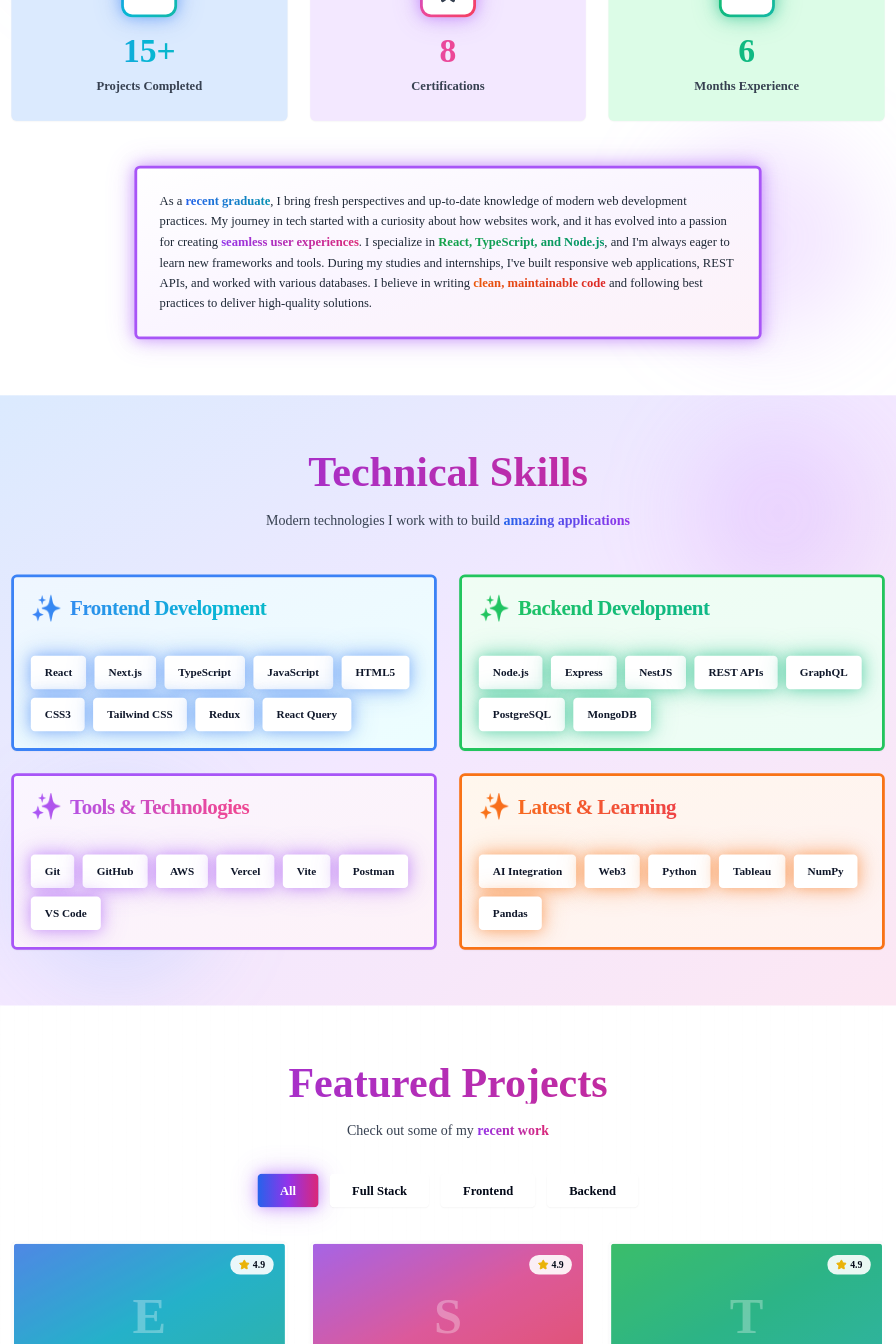
Repository: sm6746/PORTFOLIO
Page: /
An editor plug-in stored every save of this project. The page is shown before and after the next save, followed by the edit.
The browser window is 1280 px wide. The pictures show the part of the page from y = 1104 to 3024 px (the page is 8297 px tall), at 70% of full size.
Pictures or frames that could not be fetched are drawn as grey boxes. The project was rebuilt for these pictures with package versions that can differ from the ones it lists, and the page was loaded fresh each time. Also part of the build but not shown: vite.config.ts.

Above is the page before, as saved 2025-11-06 21:17:18.

### index.html
<!DOCTYPE html>
<html lang="en">
  <head>
    <meta charset="UTF-8" />
    <link rel="icon" type="image/svg+xml" href="/favicon.svg" />
    <meta name="viewport" content="width=device-width, initial-scale=1.0" />
    <title>Portfolio</title>
  </head>
  <body>
    <div id="root"></div>
    <script type="module" src="/app/main.tsx"></script>
  </body>
</html>

### app/main.tsx
import React from 'react'
import ReactDOM from 'react-dom/client'
import App from './app'
import './globals.css'

ReactDOM.createRoot(document.getElementById('root')!).render(
  <React.StrictMode>
    <App />
  </React.StrictMode>,
)

### app/app.tsx
import { ThemeProvider } from '@/lib/theme-context';
import { Header } from '@/components/header';
import { HeroSection } from '@/components/hero-section';
import { AboutSection } from '@/components/about-section';
import { SkillsSection } from '@/components/skills-section';
import { ProjectsSection } from '@/components/projects-section';
import { ExperienceSection } from '@/components/experience-section';
import { CertificationsSection } from '@/components/certifications-section';
import { ContactSection } from '@/components/contact-section';
import { Footer } from '@/components/footer';
import { ScrollToTop } from '@/components/scroll-to-top';

function App() {
  return (
    <ThemeProvider>
      <div className="min-h-screen bg-white dark:bg-gray-900 transition-colors duration-300">
        <Header />
        <main>
          <HeroSection />
          <AboutSection />
          <SkillsSection />
          <ProjectsSection />
          <ExperienceSection />
          <CertificationsSection />
          <ContactSection />
        </main>
        <Footer />
        <ScrollToTop />
      </div>
    </ThemeProvider>
  );
}

export default App;

### app/globals.css
@tailwind base;
@tailwind components;
@tailwind utilities;

@layer base {
  :root {
    --background: 0 0% 100%;
    --foreground: 222.2 84% 4.9%;
    --card: 0 0% 100%;
    --card-foreground: 222.2 84% 4.9%;
    --popover: 0 0% 100%;
    --popover-foreground: 222.2 84% 4.9%;
    --primary: 221.2 83.2% 53.3%;
    --primary-foreground: 210 40% 98%;
    --secondary: 210 40% 96.1%;
    --secondary-foreground: 222.2 47.4% 11.2%;
    --muted: 210 40% 96.1%;
    --muted-foreground: 215.4 16.3% 46.9%;
    --accent: 210 40% 96.1%;
    --accent-foreground: 222.2 47.4% 11.2%;
    --destructive: 0 84.2% 60.2%;
    --destructive-foreground: 210 40% 98%;
    --border: 214.3 31.8% 91.4%;
    --input: 214.3 31.8% 91.4%;
    --ring: 221.2 83.2% 53.3%;
    --radius: 0.5rem;
  }

  .dark {
    --background: 222.2 84% 4.9%;
    --foreground: 210 40% 98%;
    --card: 222.2 84% 4.9%;
    --card-foreground: 210 40% 98%;
    --popover: 222.2 84% 4.9%;
    --popover-foreground: 210 40% 98%;
    --primary: 217.2 91.2% 59.8%;
    --primary-foreground: 222.2 47.4% 11.2%;
    --secondary: 217.2 32.6% 17.5%;
    --secondary-foreground: 210 40% 98%;
    --muted: 217.2 32.6% 17.5%;
    --muted-foreground: 215 20.2% 65.1%;
    --accent: 217.2 32.6% 17.5%;
    --accent-foreground: 210 40% 98%;
    --destructive: 0 62.8% 30.6%;
    --destructive-foreground: 210 40% 98%;
    --border: 217.2 32.6% 17.5%;
    --input: 217.2 32.6% 17.5%;
    --ring: 224.3 76.3% 48%;
  }
}

@layer base {
  * {
    @apply border-border;
  }
  body {
    @apply bg-background text-foreground;
  }
}

@layer utilities {
  .bg-grid-pattern {
    background-image: linear-gradient(to right, rgba(0, 0, 0, 0.1) 1px, transparent 1px),
      linear-gradient(to bottom, rgba(0, 0, 0, 0.1) 1px, transparent 1px);
    background-size: 20px 20px;
  }

  .glow-blue {
    box-shadow: 0 0 20px rgba(59, 130, 246, 0.5), 0 0 40px rgba(59, 130, 246, 0.3);
  }

  .glow-purple {
    box-shadow: 0 0 20px rgba(168, 85, 247, 0.5), 0 0 40px rgba(168, 85, 247, 0.3);
  }

  .glow-pink {
    box-shadow: 0 0 20px rgba(236, 72, 153, 0.5), 0 0 40px rgba(236, 72, 153, 0.3);
  }

  .glow-green {
    box-shadow: 0 0 20px rgba(16, 185, 129, 0.5), 0 0 40px rgba(16, 185, 129, 0.3);
  }

  .glow-orange {
    box-shadow: 0 0 20px rgba(249, 115, 22, 0.5), 0 0 40px rgba(249, 115, 22, 0.3);
  }

  @keyframes float {
    0%, 100% { transform: translateY(0px); }
    50% { transform: translateY(-20px); }
  }

  .animate-float {
    animation: float 3s ease-in-out infinite;
  }

  @keyframes gradient-shift {
    0%, 100% { background-position: 0% 50%; }
    50% { background-position: 100% 50%; }
  }

  .animate-gradient {
    background-size: 200% 200%;
    animation: gradient-shift 3s ease infinite;
  }

  @keyframes pulse-glow {
    0%, 100% { box-shadow: 0 0 20px rgba(59, 130, 246, 0.4), 0 0 40px rgba(168, 85, 247, 0.2); }
    50% { box-shadow: 0 0 30px rgba(59, 130, 246, 0.6), 0 0 60px rgba(168, 85, 247, 0.4); }
  }

  .animate-pulse-glow {
    animation: pulse-glow 2s ease-in-out infinite;
  }
}

### lib/theme-context.tsx
import React, { createContext, useContext, useEffect, useState } from 'react';

type Theme = 'light' | 'dark';

type ThemeContextType = {
  theme: Theme;
  toggleTheme: () => void;
};

const ThemeContext = createContext<ThemeContextType | undefined>(undefined);

export function ThemeProvider({ children }: { children: React.ReactNode }) {
  const [theme, setTheme] = useState<Theme>(() => {
    const stored = localStorage.getItem('portfolio-theme');
    return (stored as Theme) || 'light';
  });

  useEffect(() => {
    localStorage.setItem('portfolio-theme', theme);
    document.documentElement.classList.toggle('dark', theme === 'dark');
  }, [theme]);

  const toggleTheme = () => {
    setTheme(prev => (prev === 'light' ? 'dark' : 'light'));
  };

  return (
    <ThemeContext.Provider value={{ theme, toggleTheme }}>
      {children}
    </ThemeContext.Provider>
  );
}

export function useTheme() {
  const context = useContext(ThemeContext);
  if (!context) {
    throw new Error('useTheme must be used within ThemeProvider');
  }
  return context;
}

### components/skills-section.tsx
import { Badge } from '@/components/ui/badge';
import { Card, CardContent, CardHeader, CardTitle } from '@/components/ui/card';
import { useScrollAnimation } from '@/hooks/use-scroll-animation';

export function SkillsSection() {
  const { ref, isVisible } = useScrollAnimation();

  const skillCategories = [
    {
      title: 'Frontend Development',
      color: 'from-blue-500 via-cyan-500 to-teal-500',
      bgColor: 'bg-gradient-to-br from-blue-50 to-cyan-50 dark:from-blue-950/50 dark:to-cyan-950/50',
      borderColor: 'border-blue-500',
      glowClass: 'glow-blue',
      skills: [
        'React', 'Next.js', 'TypeScript', 'JavaScript', 'HTML5', 'CSS3',
        'Tailwind CSS', 'Redux', 'React Query'
      ],
    },
    {
      title: 'Backend Development',
      color: 'from-green-500 via-emerald-500 to-teal-500',
      bgColor: 'bg-gradient-to-br from-green-50 to-emerald-50 dark:from-green-950/50 dark:to-emerald-950/50',
      borderColor: 'border-green-500',
      glowClass: 'glow-green',
      skills: [
        'Node.js', 'Express', 'NestJS', 'REST APIs', 'GraphQL',
        'PostgreSQL', 'MongoDB'
      ],
    },
    {
      title: 'Tools & Technologies',
      color: 'from-purple-500 via-pink-500 to-rose-500',
      bgColor: 'bg-gradient-to-br from-purple-50 to-pink-50 dark:from-purple-950/50 dark:to-pink-950/50',
      borderColor: 'border-purple-500',
      glowClass: 'glow-purple',
      skills: [
        'Git', 'GitHub', 'AWS', 'Vercel',
         'Vite', 'Postman', 'VS Code'
      ],
    },
    {
      title: 'Latest & Learning',
      color: 'from-orange-500 via-red-500 to-pink-500',
      bgColor: 'bg-gradient-to-br from-orange-50 to-red-50 dark:from-orange-950/50 dark:to-red-950/50',
      borderColor: 'border-orange-500',
      glowClass: 'glow-orange',
      skills: [
        'AI Integration', 'Web3','Python', 'Tableau', 'NumPy', 'Pandas'
      ],
    },
  ];

  return (
    <section
      id="skills"
      ref={ref as React.RefObject<HTMLElement>}
      className="py-20 bg-gradient-to-br from-blue-100 via-purple-100 to-pink-100 dark:from-gray-800 dark:via-purple-900/10 dark:to-blue-900/10 relative overflow-hidden"
    >
      <div className="absolute top-10 right-10 w-64 h-64 bg-purple-400/20 rounded-full blur-3xl"></div>
      <div className="absolute bottom-10 left-10 w-64 h-64 bg-blue-400/20 rounded-full blur-3xl"></div>

      <div className="container mx-auto px-4 relative z-10">
        <div
          className={`transition-all duration-1000 ${
            isVisible ? 'opacity-100 translate-y-0' : 'opacity-0 translate-y-10'
          }`}
        >
          <h2 className="text-5xl md:text-6xl font-extrabold text-center mb-6 bg-gradient-to-r from-blue-600 via-purple-600 to-pink-600 dark:from-blue-400 dark:via-purple-400 dark:to-pink-400 bg-clip-text text-transparent animate-gradient">
            Technical Skills
          </h2>
          <p className="text-center text-gray-700 dark:text-gray-300 mb-16 text-xl font-medium">
            Modern technologies I work with to build <span className="text-transparent bg-clip-text bg-gradient-to-r from-blue-600 to-purple-600 font-bold">amazing applications</span>
          </p>

          <div className="grid md:grid-cols-2 gap-8">
            {skillCategories.map((category, index) => (
              <Card
                key={index}
                className={`group hover:shadow-2xl transition-all duration-500 transform hover:-translate-y-3 hover:scale-105 border-4 ${category.borderColor} ${category.bgColor} overflow-hidden ${
                  isVisible ? 'opacity-100 translate-y-0' : 'opacity-0 translate-y-10'
                }`}
                style={{ transitionDelay: `${index * 150}ms` }}
              >
                <div className={`absolute inset-0 bg-gradient-to-br ${category.color} opacity-0 group-hover:opacity-10 transition-opacity duration-500`}></div>
                <CardHeader className="relative">
                  <CardTitle className={`text-3xl font-bold bg-gradient-to-r ${category.color} bg-clip-text text-transparent flex items-center gap-3`}>
                    <span className="text-4xl">✨</span>
                    {category.title}
                  </CardTitle>
                </CardHeader>
                <CardContent className="p-6 relative">
                  <div className="flex flex-wrap gap-3">
                    {category.skills.map((skill, skillIndex) => (
                      <Badge
                        key={skillIndex}
                        variant="secondary"
                        className={`px-5 py-3 text-base font-bold hover:scale-125 transition-all duration-300 cursor-pointer bg-white dark:bg-gray-800 hover:shadow-2xl border-3 hover:border-current transform hover:-rotate-3 ${category.glowClass}`}
                      >
                        {skill}
                      </Badge>
                    ))}
                  </div>
                </CardContent>
              </Card>
            ))}
          </div>
        </div>
      </div>
    </section>
  );
}

### components/footer.tsx
import { Github, Linkedin, Mail, Twitter } from 'lucide-react';
import { Button } from '@/components/ui/button';

export function Footer() {
  return (
    <footer className="py-12 bg-gray-900 text-white">
      <div className="container mx-auto px-4">
        <div className="flex flex-col items-center gap-6">
          <div className="text-3xl font-bold bg-gradient-to-r from-blue-400 to-purple-400 bg-clip-text text-transparent">
            SHIVANI MEHRA
          </div>
          <p className="text-gray-400 text-center max-w-md">
            Building the future, one line of code at a time. Let's create something amazing together.
          </p>
          <div className="flex gap-4">
            <Button
              variant="ghost"
              size="icon"
              className="rounded-full hover:bg-blue-600/20 text-gray-300 hover:text-white transition-all"
            >
              <Github className="h-5 w-5" />
            </Button>
            <Button
              variant="ghost"
              size="icon"
              className="rounded-full hover:bg-blue-600/20 text-gray-300 hover:text-white transition-all"
            >
              <Linkedin className="h-5 w-5" />
            </Button>
            <Button
              variant="ghost"
              size="icon"
              className="rounded-full hover:bg-blue-600/20 text-gray-300 hover:text-white transition-all"
            >
              <Twitter className="h-5 w-5" />
            </Button>
            <Button
              variant="ghost"
              size="icon"
              className="rounded-full hover:bg-blue-600/20 text-gray-300 hover:text-white transition-all"
            >
              <Mail className="h-5 w-5" />
            </Button>
          </div>
          <div className="border-t border-gray-800 pt-6 w-full text-center">
            <p className="text-gray-500 text-sm">

            </p>
          </div>
        </div>
      </div>
    </footer>
  );
}

### components/scroll-to-top.tsx
import { Button } from '@/components/ui/button';
import { ArrowUp } from 'lucide-react';
import { useEffect, useState } from 'react';

export function ScrollToTop() {
  const [isVisible, setIsVisible] = useState(false);

  useEffect(() => {
    const toggleVisibility = () => {
      setIsVisible(window.scrollY > 500);
    };

    window.addEventListener('scroll', toggleVisibility);
    return () => window.removeEventListener('scroll', toggleVisibility);
  }, []);

  const scrollToTop = () => {
    window.scrollTo({ top: 0, behavior: 'smooth' });
  };

  if (!isVisible) return null;

  return (
    <Button
      onClick={scrollToTop}
      size="icon"
      className="fixed bottom-8 right-8 z-50 rounded-full shadow-lg bg-gradient-to-r from-blue-600 to-purple-600 hover:from-blue-700 hover:to-purple-700 animate-bounce"
    >
      <ArrowUp className="h-5 w-5" />
    </Button>
  );
}

### components/ui/button.tsx
import * as React from "react"
import { Slot } from "@radix-ui/react-slot"
import { cva, type VariantProps } from "class-variance-authority"

import { cn } from "@/lib/utlis"

const buttonVariants = cva(
  "inline-flex items-center justify-center gap-2 whitespace-nowrap rounded-md text-sm font-medium transition-colors focus-visible:outline-none focus-visible:ring-1 focus-visible:ring-ring disabled:pointer-events-none disabled:opacity-50 [&_svg]:pointer-events-none [&_svg]:size-4 [&_svg]:shrink-0",
  {
    variants: {
      variant: {
        default:
          "bg-primary text-primary-foreground shadow hover:bg-primary/90",
        destructive:
          "bg-destructive text-destructive-foreground shadow-sm hover:bg-destructive/90",
        outline:
          "border border-input bg-background shadow-sm hover:bg-accent hover:text-accent-foreground",
        secondary:
          "bg-secondary text-secondary-foreground shadow-sm hover:bg-secondary/80",
        ghost: "hover:bg-accent hover:text-accent-foreground",
        link: "text-primary underline-offset-4 hover:underline",
      },
      size: {
        default: "h-9 px-4 py-2",
        sm: "h-8 rounded-md px-3 text-xs",
        lg: "h-10 rounded-md px-8",
        icon: "h-9 w-9",
      },
    },
    defaultVariants: {
      variant: "default",
      size: "default",
    },
  }
)

export interface ButtonProps
  extends React.ButtonHTMLAttributes<HTMLButtonElement>,
    VariantProps<typeof buttonVariants> {
  asChild?: boolean
}

const Button = React.forwardRef<HTMLButtonElement, ButtonProps>(
  ({ className, variant, size, asChild = false, ...props }, ref) => {
    const Comp = asChild ? Slot : "button"
    return (
      <Comp
        className={cn(buttonVariants({ variant, size, className }))}
        ref={ref}
        {...props}
      />
    )
  }
)
Button.displayName = "Button"

export { Button, buttonVariants }

### hooks/use-scroll-animation.ts
import { useEffect, useRef, useState } from 'react';

export function useScrollAnimation() {
  const ref = useRef<HTMLElement>(null);
  const [isVisible, setIsVisible] = useState(false);

  useEffect(() => {
    const observer = new IntersectionObserver(
      ([entry]) => {
        if (entry.isIntersecting) {
          setIsVisible(true);
        }
      },
      { threshold: 0.1 }
    );

    if (ref.current) {
      observer.observe(ref.current);
    }

    return () => {
      if (ref.current) {
        observer.unobserve(ref.current);
      }
    };
  }, []);

  return { ref, isVisible };
}

### components/ui/card.tsx
import * as React from "react"

import { cn } from "@/lib/utlis"

const Card = React.forwardRef<
  HTMLDivElement,
  React.HTMLAttributes<HTMLDivElement>
>(({ className, ...props }, ref) => (
  <div
    ref={ref}
    className={cn(
      "rounded-lg border bg-card text-card-foreground shadow-sm",
      className,
    )}
    {...props}
  />
))
Card.displayName = "Card"

const CardHeader = React.forwardRef<
  HTMLDivElement,
  React.HTMLAttributes<HTMLDivElement>
>(({ className, ...props }, ref) => (
  <div
    ref={ref}
    className={cn("flex flex-col space-y-1.5 p-6", className)}
    {...props}
  />
))
CardHeader.displayName = "CardHeader"

const CardTitle = React.forwardRef<
  HTMLParagraphElement,
  React.HTMLAttributes<HTMLHeadingElement>
>(({ className, ...props }, ref) => (
  <h3
    ref={ref}
    className={cn(
      "text-2xl font-semibold leading-none tracking-tight",
      className,
    )}
    {...props}
  />
))
CardTitle.displayName = "CardTitle"

const CardDescription = React.forwardRef<
  HTMLParagraphElement,
  React.HTMLAttributes<HTMLParagraphElement>
>(({ className, ...props }, ref) => (
  <p
    ref={ref}
    className={cn("text-sm text-muted-foreground", className)}
    {...props}
  />
))
CardDescription.displayName = "CardDescription"

const CardContent = React.forwardRef<
  HTMLDivElement,
  React.HTMLAttributes<HTMLDivElement>
>(({ className, ...props }, ref) => (
  <div ref={ref} className={cn("p-6 pt-0", className)} {...props} />
))
CardContent.displayName = "CardContent"

const CardFooter = React.forwardRef<
  HTMLDivElement,
  React.HTMLAttributes<HTMLDivElement>
>(({ className, ...props }, ref) => (
  <div
    ref={ref}
    className={cn("flex items-center p-6 pt-0", className)}
    {...props}
  />
))
CardFooter.displayName = "CardFooter"

export { Card, CardHeader, CardFooter, CardTitle, CardDescription, CardContent }

### components/ui/badge.tsx
import * as React from "react"
import { cva, type VariantProps } from "class-variance-authority"

import { cn } from "@/lib/utlis"

const badgeVariants = cva(
  "inline-flex items-center rounded-md border px-2.5 py-0.5 text-xs font-semibold transition-colors focus:outline-none focus:ring-2 focus:ring-ring focus:ring-offset-2",
  {
    variants: {
      variant: {
        default:
          "border-transparent bg-primary text-primary-foreground shadow hover:bg-primary/80",
        secondary:
          "border-transparent bg-secondary text-secondary-foreground hover:bg-secondary/80",
        destructive:
          "border-transparent bg-destructive text-destructive-foreground shadow hover:bg-destructive/80",
        outline: "text-foreground",
      },
    },
    defaultVariants: {
      variant: "default",
    },
  }
)

export interface BadgeProps
  extends React.HTMLAttributes<HTMLDivElement>,
    VariantProps<typeof badgeVariants> {}

function Badge({ className, variant, ...props }: BadgeProps) {
  return (
    <div className={cn(badgeVariants({ variant }), className)} {...props} />
  )
}

export { Badge, badgeVariants }

### components/ui/input.tsx
import * as React from "react"

import { cn } from "@/lib/utlis"

const Input = React.forwardRef<HTMLInputElement, React.ComponentProps<"input">>(
  ({ className, type, ...props }, ref) => {
    return (
      <input
        type={type}
        className={cn(
          "flex h-9 w-full rounded-md border border-input bg-transparent px-3 py-1 text-base shadow-sm transition-colors file:border-0 file:bg-transparent file:text-sm file:font-medium file:text-foreground placeholder:text-muted-foreground focus-visible:outline-none focus-visible:ring-1 focus-visible:ring-ring disabled:cursor-not-allowed disabled:opacity-50 md:text-sm",
          className
        )}
        ref={ref}
        {...props}
      />
    )
  }
)
Input.displayName = "Input"

export { Input }

### components/ui/textarea.tsx
import * as React from "react"

import { cn } from "@/lib/utlis"

const Textarea = React.forwardRef<
  HTMLTextAreaElement,
  React.ComponentProps<"textarea">
>(({ className, ...props }, ref) => {
  return (
    <textarea
      className={cn(
        "flex min-h-[60px] w-full rounded-md border border-input bg-transparent px-3 py-2 text-base shadow-sm placeholder:text-muted-foreground focus-visible:outline-none focus-visible:ring-1 focus-visible:ring-ring disabled:cursor-not-allowed disabled:opacity-50 md:text-sm",
        className
      )}
      ref={ref}
      {...props}
    />
  )
})
Textarea.displayName = "Textarea"

export { Textarea }

Loaded but not shown: lib/utlis.tsx (common file); tailwind.config.js (62 lines, source omitted); components/projects-section.tsx (180 lines, source omitted); components/contact-section.tsx (144 lines, source omitted); components/experience-section.tsx (143 lines, source omitted); components/certifications-section.tsx (150 lines, source omitted); components/about-section.tsx (79 lines, source omitted); components/hero-section.tsx (100 lines, source omitted); components/header.tsx (82 lines, source omitted)

After the next save:
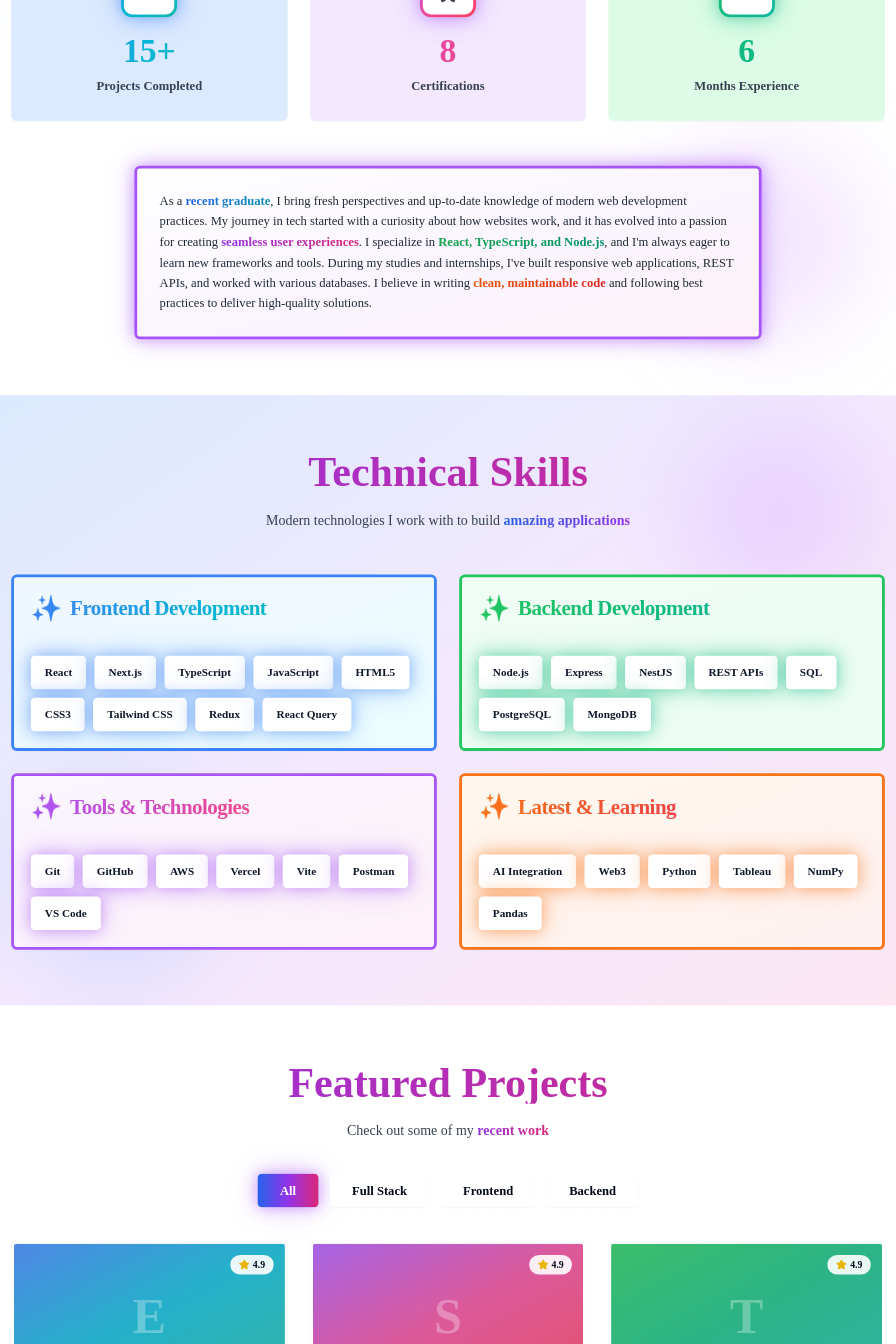
Saved 44 s later.
--- a/components/skills-section.tsx
+++ b/components/skills-section.tsx
@@ -24,7 +24,7 @@ export function SkillsSection() {
       borderColor: 'border-green-500',
       glowClass: 'glow-green',
       skills: [
-        'Node.js', 'Express', 'NestJS', 'REST APIs', 'GraphQL',
+        'Node.js', 'Express', 'NestJS', 'REST APIs', 'SQL',
         'PostgreSQL', 'MongoDB'
       ],
     },
